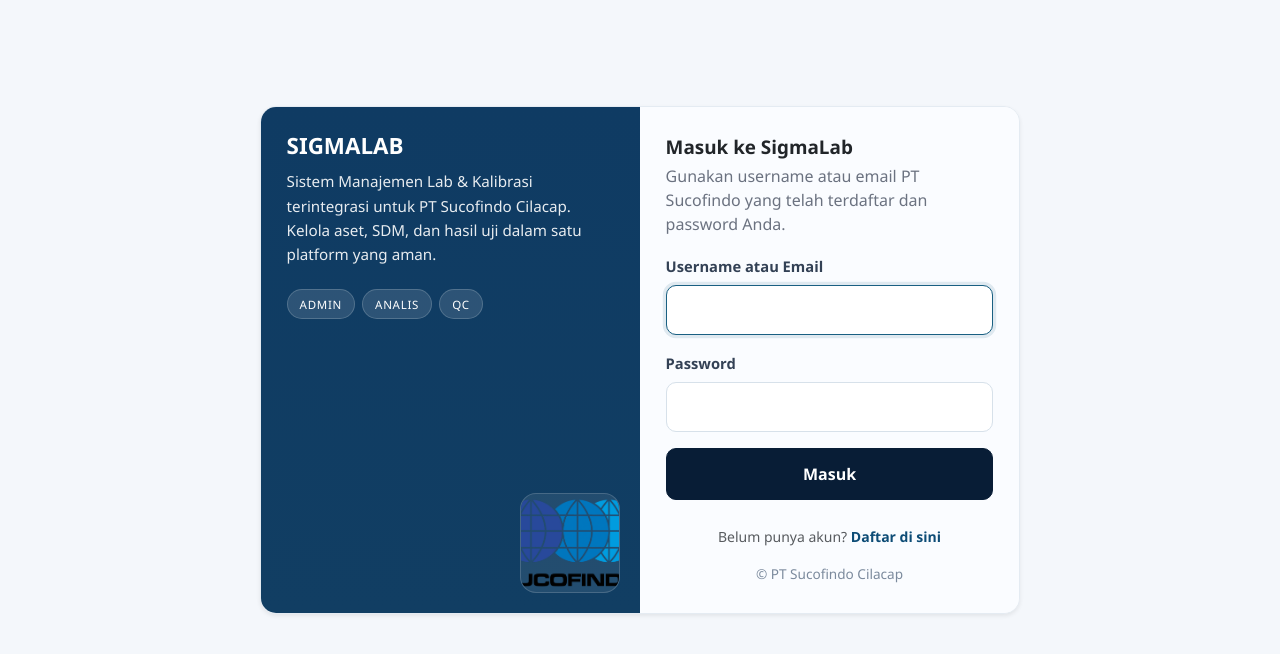
Repository: amelianeesa/sigmalab
Page: http://localhost/login
The author's editor kept a copy of each file at every save. The page is drawn from the files as they stood at one save, then again after the next save.
The browser window is 1280 px wide. The pictures show the whole page.
The page is served by the project's Laravel application, run on PHP 8.4 with Laravel 12.

Above is the page before, as saved 2026-08-06 08:47:28.

After the next save:
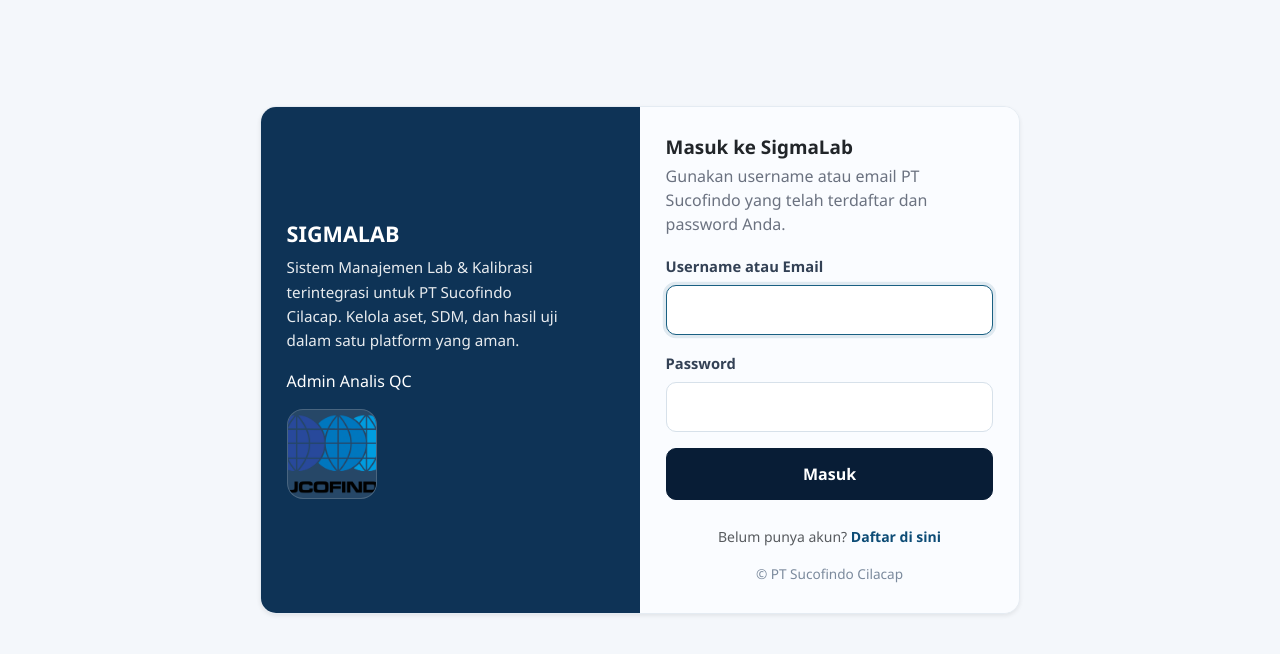
Saved 2 min 31 s later.
--- a/resources/views/auth/login.blade.php
+++ b/resources/views/auth/login.blade.php
@@ -32,56 +32,44 @@
         .auth-side {
             position: relative;
             padding: 1.6rem 1.6rem;
-            background: linear-gradient(180deg, #0f3b63 0%, #113e63 100%);
+            background: #0e3356;
             color: #ffffff;
             display: flex;
             flex-direction: column;
-            justify-content: space-between;
+            justify-content: center;
+            gap: 1rem;
         }
 
         .auth-side h3 {
-            font-size: 1.4rem;
-            margin-bottom: 0.6rem;
+            font-size: 1.35rem;
+            margin-bottom: 0.5rem;
             font-weight: 700;
         }
 
         .auth-side p {
             font-size: 0.95rem;
             line-height: 1.6;
-            max-width: 300px;
+            max-width: 280px;
             opacity: 0.9;
-        }
-
-        .auth-badges {
-            margin-top: 1.4rem;
-            display: flex;
-            gap: 0.45rem;
-            flex-wrap: wrap;
-        }
-
-        .auth-badge {
-            background: rgba(255,255,255,0.12);
-            border: 1px solid rgba(255,255,255,0.18);
-            border-radius: 999px;
-            padding: 0.35rem 0.75rem;
-            font-size: 0.72rem;
-            text-transform: uppercase;
-            letter-spacing: 0.06em;
+            margin-bottom: 1rem;
         }
 
         .auth-side-image {
-            position: absolute;
-            right: 1.25rem;
-            bottom: 1.25rem;
-            width: 100px;
-            height: 100px;
-            background: rgba(255,255,255,0.08);
+            width: 90px;
+            height: 90px;
+            background: rgba(255,255,255,0.1);
             border-radius: 16px;
             border: 1px solid rgba(255,255,255,0.16);
             overflow: hidden;
             display: flex;
             align-items: center;
             justify-content: center;
+        }
+
+        .auth-side-image img {
+            width: 100%;
+            height: 100%;
+            object-fit: contain;
         }
 
         .auth-side-image img {
